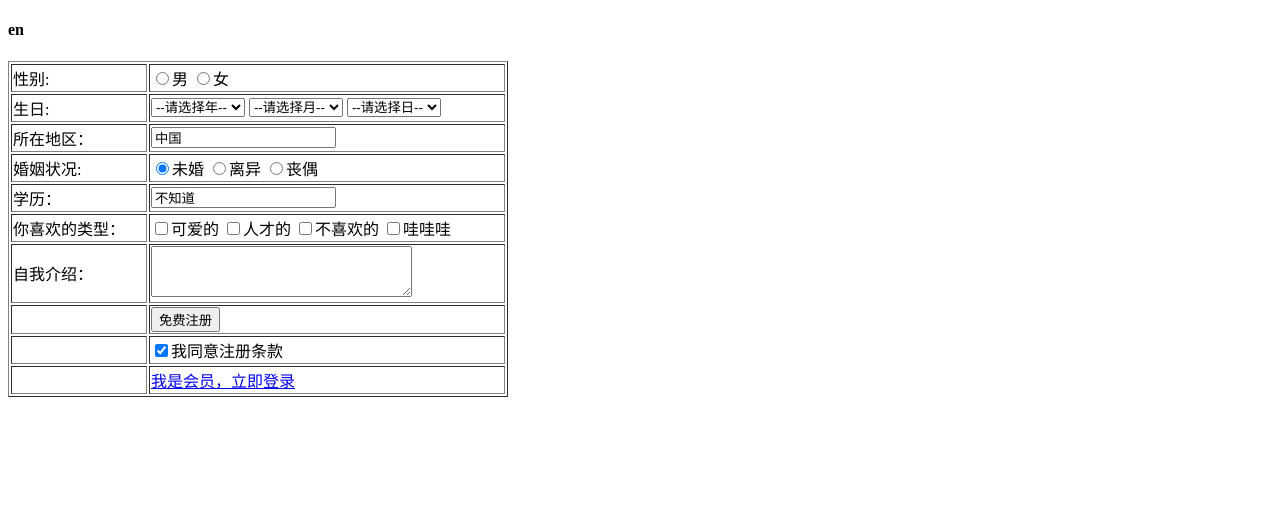
Repository: Qwenicq/My_project
Page: html/HTML_learning/exampl.html
The author's editor kept a copy of each file at every save. The page is drawn from the files as they stood at one save, then again after the next save.
The browser window is 1280 px wide. The pictures show the whole page.

Above is the page before, as saved 2023-03-29 22:04:59.

After the next save:
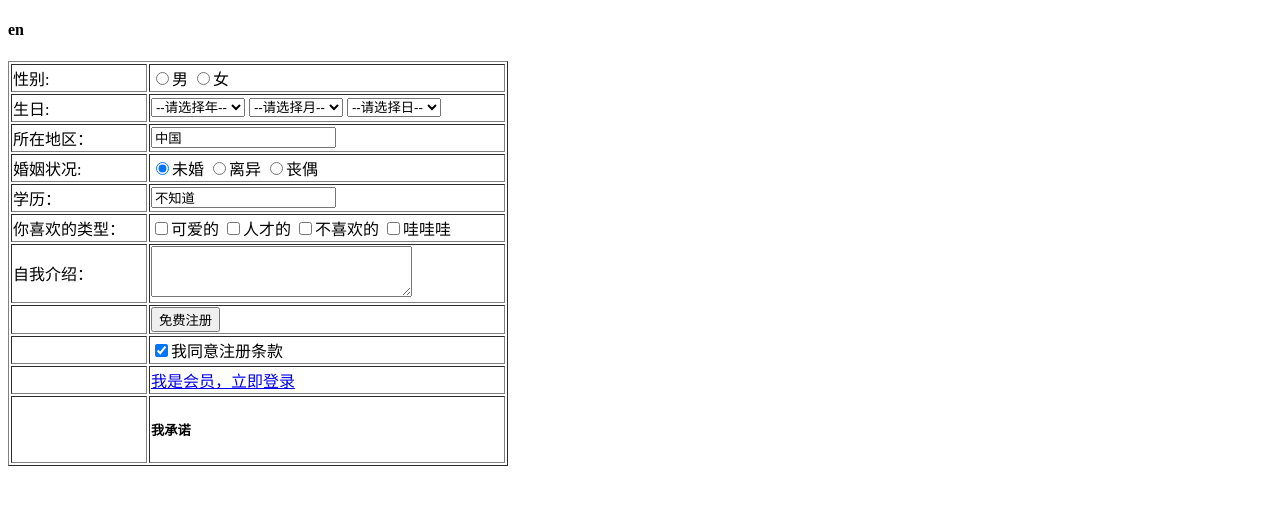
Saved 42 s later.
--- a/html/HTML_learning/exampl.html
+++ b/html/HTML_learning/exampl.html
@@ -96,6 +96,12 @@
                 <a href="#"> 我是会员，立即登录</a>
             </td>
         </tr>
+        <tr>
+            <td></td>
+            <td>
+                <h5>我承诺</h5>
+            </td>
+        </tr>
     </table>
 </body>
 </html>
